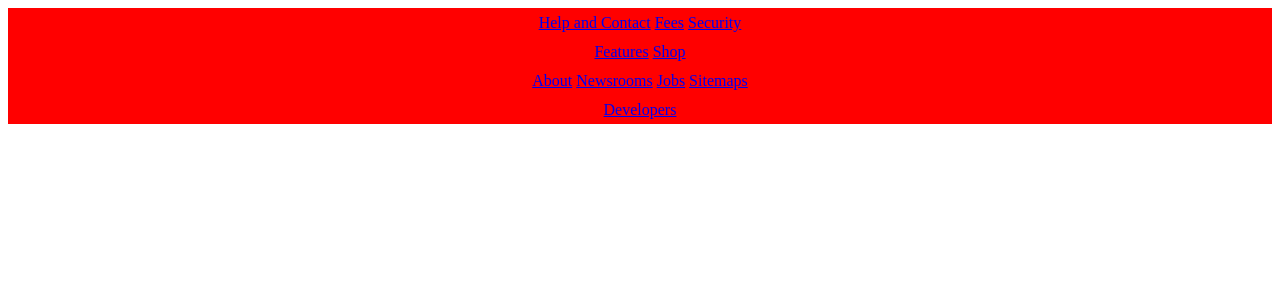
Repository: Jayeola3/Paypal
Page: text.html
The author's editor kept a copy of each file at every save. The page is drawn from the files as they stood at one save, then again after the next save.
The browser window is 1280 px wide. The pictures show the whole page.

Above is the page before, as saved 2022-06-29 13:23:41.

### text.html
<!DOCTYPE html>
<html lang="en">
<head>
    <meta charset="UTF-8">
    <meta http-equiv="X-UA-Compatible" content="IE=edge">
    <meta name="viewport" content="width=device-width, initial-scale=1.0">
    <title>Document</title>
</head>
<body>
    <div class="moves">
        <a href="http://" class="lin">Help and Contact</a>
        <a href="http://" class="win"> Fees</a>
        <a href="http://" class="gin">Security</a> <br>
        <a href="http://" class="sin">Features</a>
        <a href="http://" class="qin">Shop</a>
    </div>
    <div class="bout">
        <a href="http://" class="bin">About</a>
        <a href="http://" class="won">Newsrooms</a>
        <a href="http://" class="gon">Jobs</a>
        <a href="http://" class="son">Sitemaps</a><br>
        <a href="http://" class="qon">Developers</a>
    <style>
        .moves{
            background-color: red;
            width: 100%;
            line-height: 29px;
            text-align: center;
        }
        .bout{
            background-color: red;
            width: 100%;
            line-height: 29px;
            text-align: center;
    </style>
</body>
</html>

After the next save:
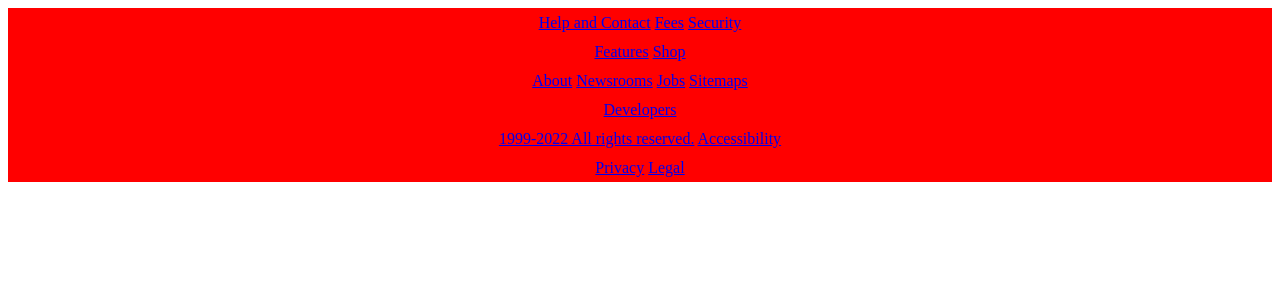
Saved 76 s later.
--- a/text.html
+++ b/text.html
@@ -12,14 +12,18 @@
         <a href="http://" class="win"> Fees</a>
         <a href="http://" class="gin">Security</a> <br>
         <a href="http://" class="sin">Features</a>
-        <a href="http://" class="qin">Shop</a>
+        <a href="http://" class="qin">Shop</a><br>
     </div>
     <div class="bout">
         <a href="http://" class="bin">About</a>
         <a href="http://" class="won">Newsrooms</a>
         <a href="http://" class="gon">Jobs</a>
         <a href="http://" class="son">Sitemaps</a><br>
-        <a href="http://" class="qon">Developers</a>
+        <a href="http://" class="qon">Developers</a><br>
+        <a href="http://" class="rights">1999-2022 All rights reserved.</a>
+        <a href="http://" class="access">Accessibility</a><br>
+        <a href="http://" class="privacy">Privacy</a>
+        <a href="http://" class="legal">Legal</a>
     <style>
         .moves{
             background-color: red;
